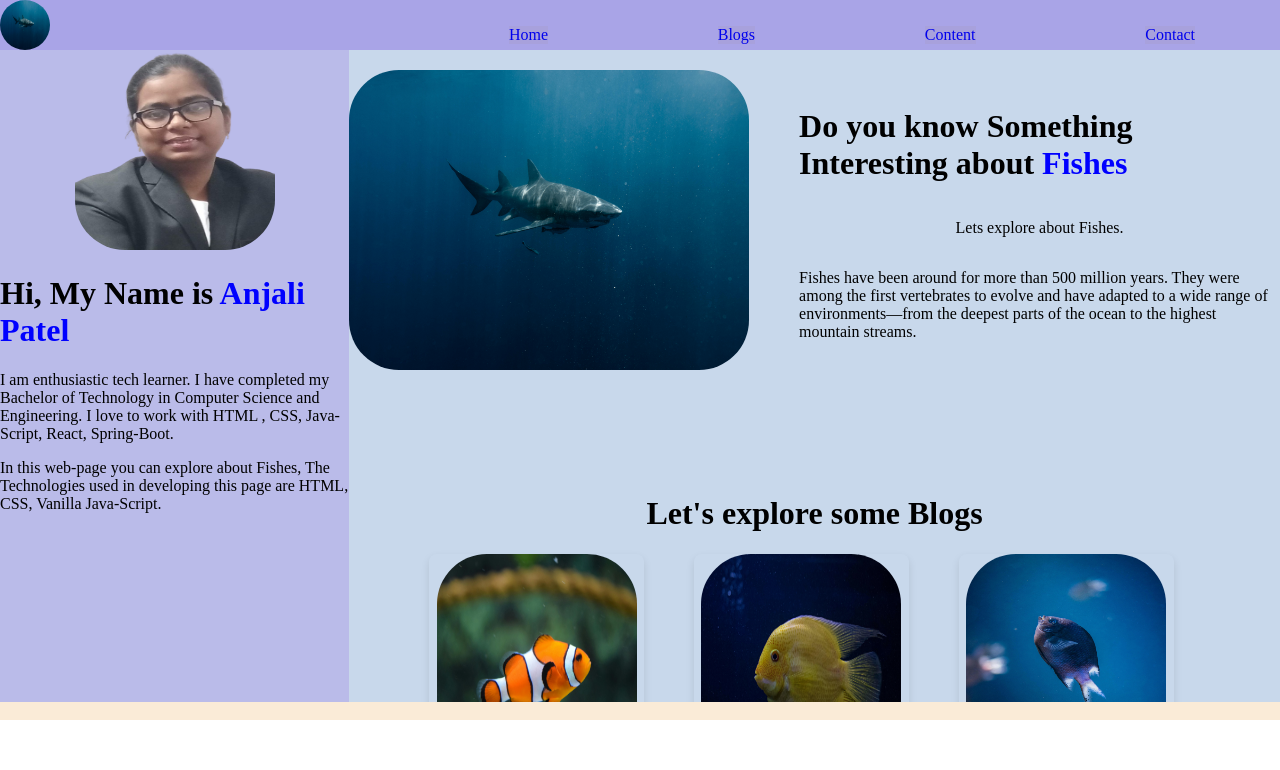
Repository: purnimapatel/fish-world
Page: index.html
These files come from the project's save history. The page is drawn as it stood at one moment and after the next save; the edit follows.
The browser window is 1280 px wide. The pictures show the whole page.
An inner scrolling area shows only its first screen.

Above is the page before, as saved 2024-08-26 20:53:22.
Console error: ReferenceError: messageVal is not defined

### index.html
<!DOCTYPE html>
<html lang="en">
<head>
    <meta charset="UTF-8">
    <meta name="viewport" content="width=device-width, initial-scale=1.0">
    <title>Document</title>
    <link  rel = "stylesheet" type = "text/css" href = "style.css"/>

    <!-- <link rel="stylesheet" type="text/css" href="styles.css"> -->

</head>
<body>
    <div class=" container">
        <div class = "navbar">
            <div id="logo">
                <a href="https://en.wikipedia.org/wiki/Fish" target=" _blank"><img  id = "img"src = "\img\image1.jpg"></a>
            </div>
            <div id = "list-content">
                <ul id="list">
                    <a href="#home"><li>Home</li></a>
                    <a href ="#blog"><li>Blogs</li></a>
                    <a href="#content"><li>Content</li></a>
                    <a href="#contact"><li>Contact</li></a>
                </ul>
            </div>

        </div>
        <div class="lower">
        <div class ="leftPanel">
            <div class=" myInfo">
                <div class="myImage">
                <a href="https://www.linkedin.com/in/anjali-patel-938pa/"><img  id = "img1"src = "img/image2.png"></a>
            </div>
                <div>
                    <h1>Hi, My Name is <span>Anjali Patel</span></h1>
                    <p> I am enthusiastic tech learner. I have completed my Bachelor of Technology in Computer Science and Engineering. I love to work with HTML , CSS, Java-Script, React, Spring-Boot.</p>
                    <p>In this web-page you can explore about Fishes, The Technologies used in developing this page are HTML, CSS, Vanilla Java-Script.</p>
                </div>
            </div>
        </div>
        <div class = "mainBody">
            <div  class ="section" id="home">
                <div id = "header">
                </div>
               <div id = "home-content">

                <div id = "image">
                    <img  id = "mainImg"src ="img/image1.jpg">
                   </div>
                   <div id = "about">
                    <h1>Do you know Something Interesting about<span> Fishes</span></h1>
                    <p>Lets explore about Fishes.</p>
                    <p> Fishes have been around for more than 500 million years. They were among the first vertebrates to evolve and have adapted to a wide range of environments—from the deepest parts of the ocean to the highest mountain streams.</p>
                   </div>
               </div>



            </div>
            <div class ="section" id ="blog">
                <div id = "header">
                    <h1> Let's explore some Blogs</h1>
                </div>
                <div id="blog-images">
                            <a id = "list1" href="https://www.kidzone.ws/animals/fish1.htm"><img id ="img1" src="img/image3.jpg"><div>Kidzone Animal Facts</div></a>
                            <a id = "list1" href="https://theaquariumguide.com/"><img id ="img1" src="img/image4.jpg"><div>The Aquarium Guide</div></a>
                            <a id = "list1" href="https://www.fishkeepingworld.com/"><img id ="img1" src="img/image5.jpg"><div>Fish Keeping World</div></a>
                            <a id = "list1" href="https://thefishsite.com/"><img id ="img1" src="img/image6.jpg"><div>The Fish Site</div></a>
                            <a id = "list1" href="https://fishionary.fisheries.org/"><img id ="img1" src="img/image7.jpg"><div>fishionary: The Fish World</div></a>
                            <a id = "list1" href="https://thewildlife.blog/category/the-wild-life-blog/animals/fish/"><img id ="img1" src="img/image8.jpg"><div>Life of Fishes</div></a>

                    </ul>
                </div>

                </div>
                <div class ="section" id="content">
                    <div id = "header">
                        <h1> Detail about Fishes</h1>
                    </div>
                    <div id ="real-content">
                        <p>
                            A fish is an aquatic, <span>anamniotic</span>, gill-bearing <span>vertebrate</span> animal with swimming fins and a hard skull, but lacking limbs with digits. Fish can be grouped into the more basal jawless fish and the more common jawed fish, the latter including all living <span>cartilaginous</span> and bony fish, as well as the extinct <span>placoderms</span>placoderms and <span>acanthodians</span>. Most fish are cold-blooded, their body temperature varying with the surrounding water, though some large active swimmers like white shark and tuna can hold a higher core temperature. Many fish can communicate acoustically with each other, such as during courtship displays.
                        </p>

              <p>
                The earliest fish appeared during the <span>Cambrian</span> as small filter feeders; they continued to evolve through the <span>Paleozoic</span>, diversifying into many forms. The earliest fish with dedicated respiratory gills and paired fins, the <span>ostracoderms</span>, had heavy bony plates that served as protective exoskeletons against invertebrate predators. The first fish with jaws, the placoderms, appeared in the Silurian and greatly diversified during the Devonian, the "Age of Fishes".
              </p>


<p>
    Bony fish, distinguished by the presence of swim bladders and later ossified endoskeletons, emerged as the dominant group of fish after the <span>end-Devonian</span>extinction wiped out the apex placoderms. Bony fish are further divided into the lobe-finned and ray-finned fish. About 96% of all living fish species today are teleosts, a crown group of ray-finned fish that can protrude their jaws. The tetrapods, a mostly terrestrial clade of vertebrates that have dominated the top trophic levels in both aquatic and terrestrial ecosystems since the Late Paleozoic, evolved from lobe-finned fish during the Carboniferous, developing air-breathing lungs homologous to swim bladders. Despite the cladistic lineage, tetrapods are usually not considered to be fish, making "fish" a <span>paraphyletic</span> group.
</p>

<p>
    Fish have been an important natural resource for humans since prehistoric times, especially as food. Commercial and subsistence fishers harvest fish in wild fisheries or farm them in ponds or in breeding cages in the ocean. Fish are caught for recreation, or raised by fishkeepers as ornaments for private and <span>public exhibition</span> in aquaria and garden ponds. Fish have had a role in human culture through the ages, serving as deities, religious symbols, and as the subjects of art, books and movies.
</p>


                    </div>

                </div>
                <div class ="section" id="contact">
                    <div id = "header">
                        <h1>Contact US</h1>
                    </div>
                    <div id = contact-form>
                    <form id = "form">
                        <div>
                            <Label>Name</Label>
                            <div >
                                <input class = "input" id = "name" type ="text" placeholder="Enter Your name here">
                            </div>

                        </div>
                        <div>
                            <Label>Email</Label>
                            <div >
                                <input class = "input" id = "email" type ="text" placeholder="Enter Your email here">
                                <p class = "hidden" id = "para">Please enter valid email</p>
                            </div>

                        </div>
                        <div>
                            <Label>Message</Label>
                            <div >
                                <textarea class ="inputMessage" id="message1" name="large-input" rows="10" cols="25" placeholder="Type your message here..." maxlength="1000" wrap="soft"></textarea>
                            </div>

                        </div>
                        <div id = "btn">
                            <input id ="sub" type ="submit" value ="Submit"onclick="validateEmail(); emptyInput()">
                            </div>


                    </form>
                    </div>

                </div>




        </div>
    </div>
    </div>
    <script src = "index.js"></script>
    <script type="text/javascript" src="https://cdn.emailjs.com/dist/email.min.js"></script>
    <script type="text/javascript">
        (function(){
           emailjs.init("YOUR_USER_ID"); // Replace with your EmailJS user ID
        })();
     </script>
</body>
</html>

### style.css
body{
   margin: 0;
   padding:0;
   display: flex;
   height:100vh;
   align-items: center;
   justify-content: center;
}
.container{
    height: 100vh;
    width:100vw;
    background-color:antiquewhite;

}
.navbar{
    width:100vw;
    height:50px;
    background-color:rgb(169, 164, 231);
    margin-bottom: 0;
    display: flex;
    justify-content: space-between;

}
.lower{
    display: flex;
}
.leftPanel{
    margin-top: 0px;
    width:30%;
    height:90.5vh;
    background-color:rgb(186, 187, 233);
}
.mainBody{
    background-color:rgb(200, 216, 235);
    height: 90.5vh;
    width:80%;
    overflow: scroll;

}
#img{
    height: 50px;
    width:50px;
    background-size: cover;
    border-radius: 50px;
    cursor:pointer;

}
#img1{
    height: 200px;
    width:200px;
    background-size: cover;
    border-radius: 50px;
    cursor:pointer;

}
#list{
    display: flex;
    padding-top: 10px;
    justify-content: space-around;
}

#list li{
    cursor: pointer;
    background-color:rgba(158, 139, 139, 0.119)
}

#list-content{
    width: 70%
}
a{
    text-decoration: none;
    text-align: center;
}
li{
    list-style-type: none;
}
/* li div{
    text-align: center;
} */
#header {
    display: flex;
    justify-content: center;
    align-items:center;
}
#contact-form{
    display: flex;
    justify-content: center;
    align-items:center;
}

#btn{
    display: flex;
    justify-content: center;
    align-items:center;

}

#para{
    color:red;
}
.hidden{
    display: none;
}
.input{
    padding:10px;
    margin:5px;
    border:none;
    border-radius: 20px;
}
.inputMessage{
    padding:10px;
    margin:5px;
    border:none;
    border-radius: 20px;

}
#sub{
    padding:10px 20px;
    margin-top: 10px;
    background-color:rgb(169, 164, 231);
    color:white;
    border:none;
    border-radius: 5px;
    cursor: pointer;
}
#home-content{
    display: flex;
    margin-top: 20px;
}
#about{
    display: flex;
    justify-content: center;
    align-items: center;
    flex-direction: column;
    margin-left: 50px;
}
#blog-images {
    display: grid;
    grid-template-columns: repeat(auto-fill, minmax(150px, 1fr));
    gap: 50px;
    width: 80%;
    max-width: 1200px;
    justify-content: space-between;
    padding-left: 80px;
}
#blog-images a{
    width: 100%;
    height: auto;
    border-radius: 8px;
    box-shadow: 0 4px 8px rgba(0, 0, 0, 0.1);
    object-fit: cover;
}
span{
    color:blue;
}
#home-content{
    justify-content: space-between;
}
#mainImg{
    height: 300px;
    width:400px;
    background-size: cover;
    border-radius: 50px;
}

.section{
    margin-bottom: 100px;
}
.myInfo{
    justify-content: center;
    align-items: center;
    height: 100vh;
    flex-direction: column;
}
.myImage{
    justify-content: center;
    align-items:center;
    display: flex;
}

### index.js
const message = document.getElementById("para");
const nameVal= document.getElementById("name");
const emailVal = document.getElementById("email");
const message1Val = document.getElementById("message1");
document.getElementById('form').addEventListener('submit', function(event) {
    event.preventDefault(); });

function validateEmail(){
    const emailFormat=/^[a-zA-Z0-9._%+-]+@[a-zA-Z0-9.-]+\.[a-zA-Z]{2,}$/;
    const val = emailVal.value;
    if(emailFormat.test(val)){
        message.classList.add("hidden");
    }
    else{
        message.classList.remove("hidden");
    }
}
const valName = nameVal.value;
const valEmail = emailVal.value;
const valMessage1 = messageVal.value;
function emptyInput(){
    nameVal.value = "";
    emailVal.value="";
    message1Val.value= "";

}

After the next save:
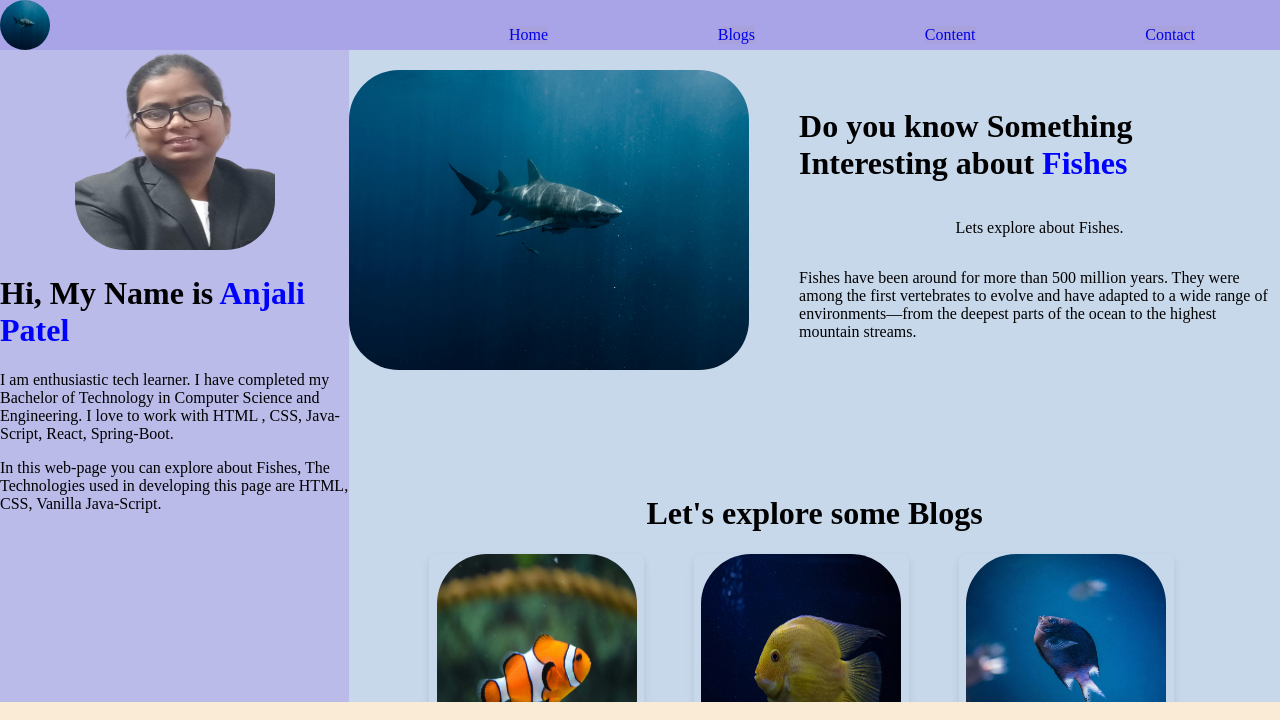
Saved 42 s later.
--- a/style.css
+++ b/style.css
@@ -167,10 +167,6 @@ span{
     margin-bottom: 100px;
 }
 .myInfo{
-    justify-content: center;
-    align-items: center;
-    height: 100vh;
-    flex-direction: column;
 }
 .myImage{
     justify-content: center;
